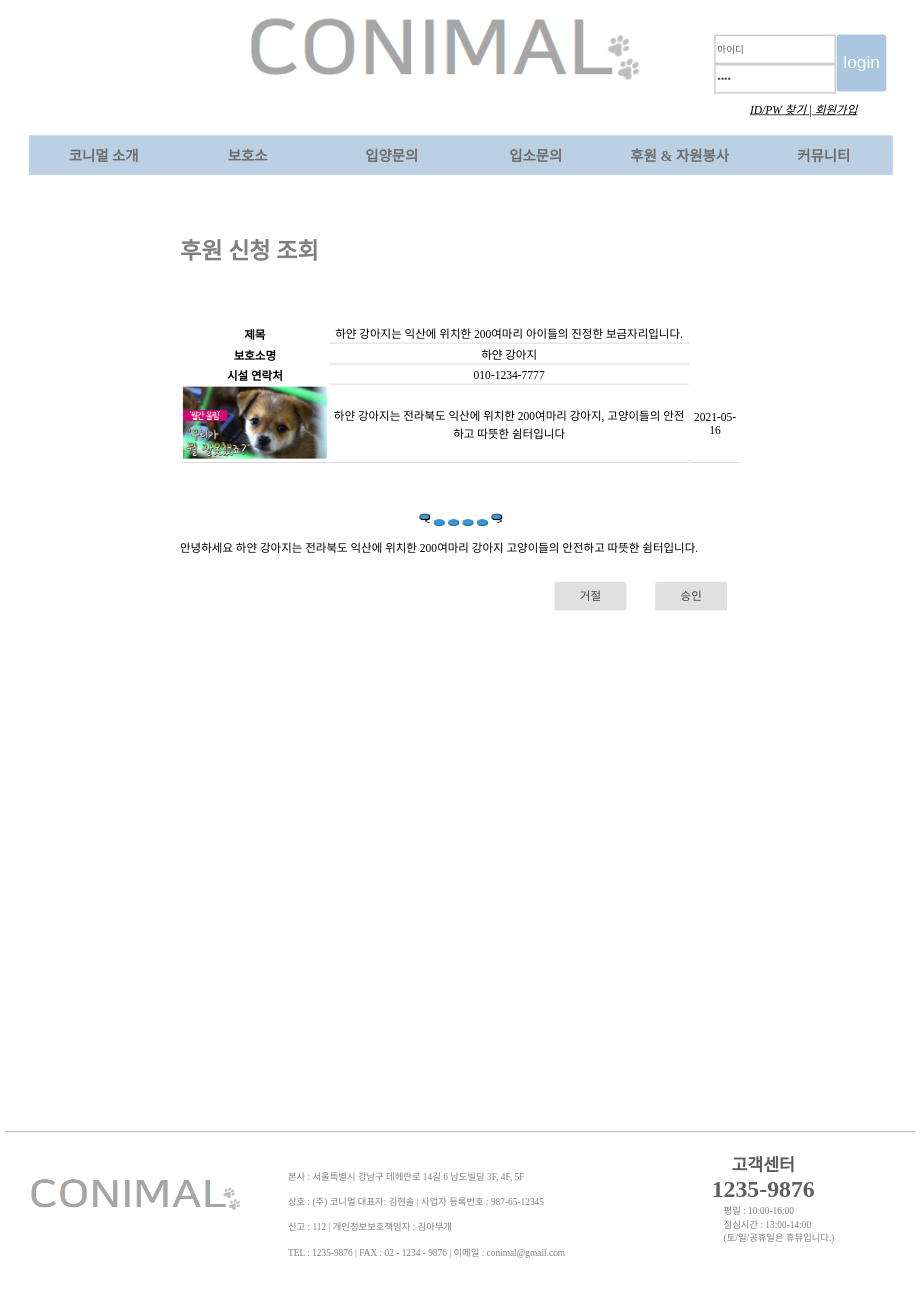
Repository: rlagusthf12/SemiProject
Page: http://localhost/jspProject/views/support/supportDetail.jsp
These files come from the project's save history. The page is drawn as it stood at one moment and after the next save; the edit follows.
The browser window is 1280 px wide. The pictures show the whole page, at 72% of full size.
The page is served by Tomcat 9.

Above is the page before, as saved 2021-05-18 11:47:13.

After the next save:
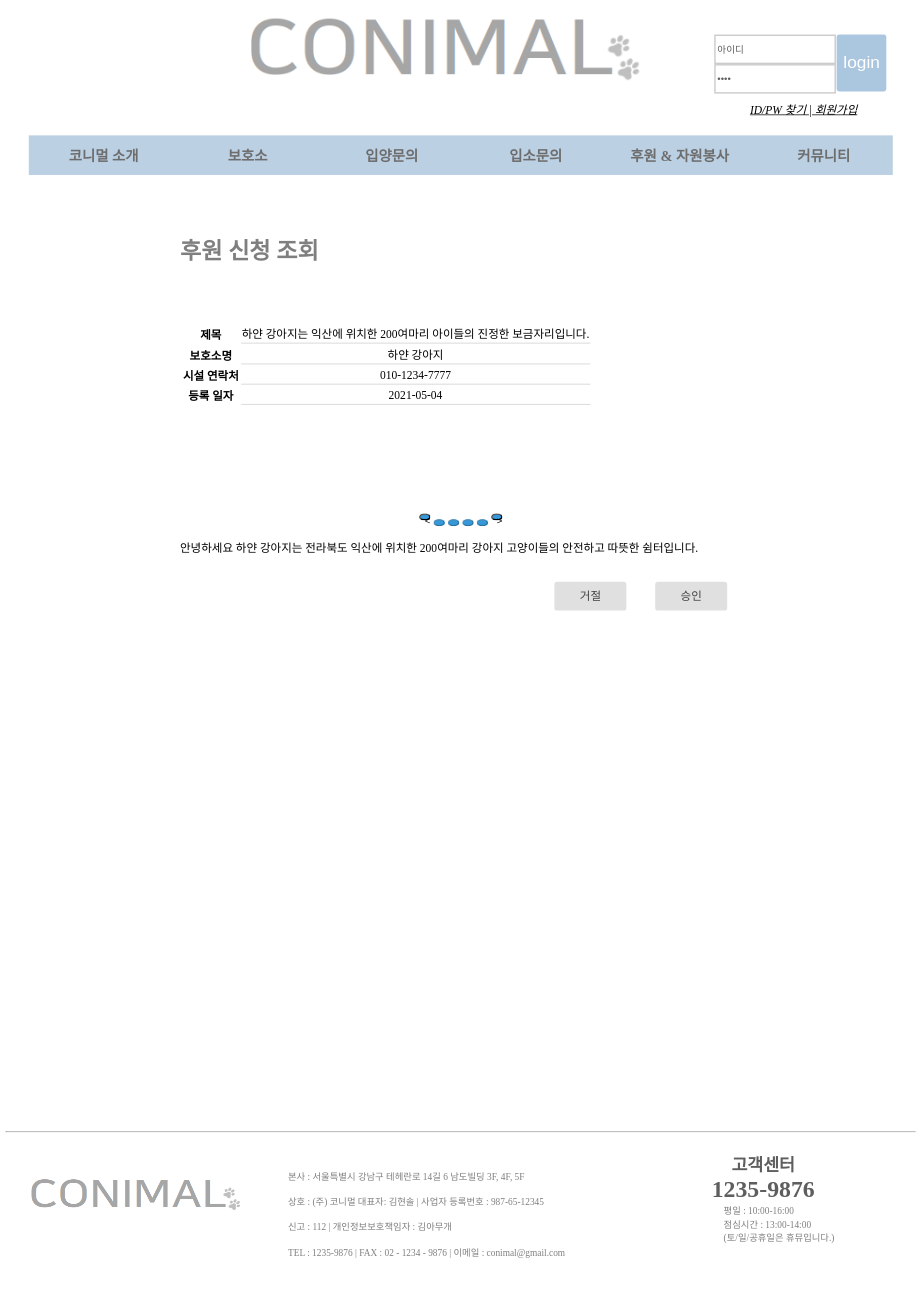
Saved 38 s later.
--- a/jspProject/WebContent/views/support/supportDetail.jsp
+++ b/jspProject/WebContent/views/support/supportDetail.jsp
@@ -90,11 +90,10 @@
   </div>
 	<div class="head2">
   <table class="list-area">
-               <tr>
-		                 <th>제목</th>
-		                 <td>하얀 강아지는 익산에 위치한 200여마리 아이들의 진정한 보금자리입니다.</td>
-
-		         </tr>
+                 <tr>
+		         <th>제목</th>
+		         <td>하얀 강아지는 익산에 위치한 200여마리 아이들의 진정한 보금자리입니다.</td>
+		        </tr>
 		         <tr>
 		         <th>보호소명</th>
 		          <td>하얀 강아지</td>
@@ -103,12 +102,10 @@
 		         <th>시설 연락처</th>
 		          <td>010-1234-7777</td>
 		         </tr>
-		                 <td><img src="resources/images/slide.png" width="200px" height="100px" ></td>
-
-
-		                 <td>하얀 강아지는 전라북도 익산에 위치한 200여마리 강아지, 고양이들의 안전하고 따뜻한 쉼터입니다</td>
-		                 <td>2021-05-16</td>
-
+		          <tr>
+		         <th>등록 일자</th>
+		          <td>2021-05-04</td>
+		         </tr>
 
         </table>
   </div>
